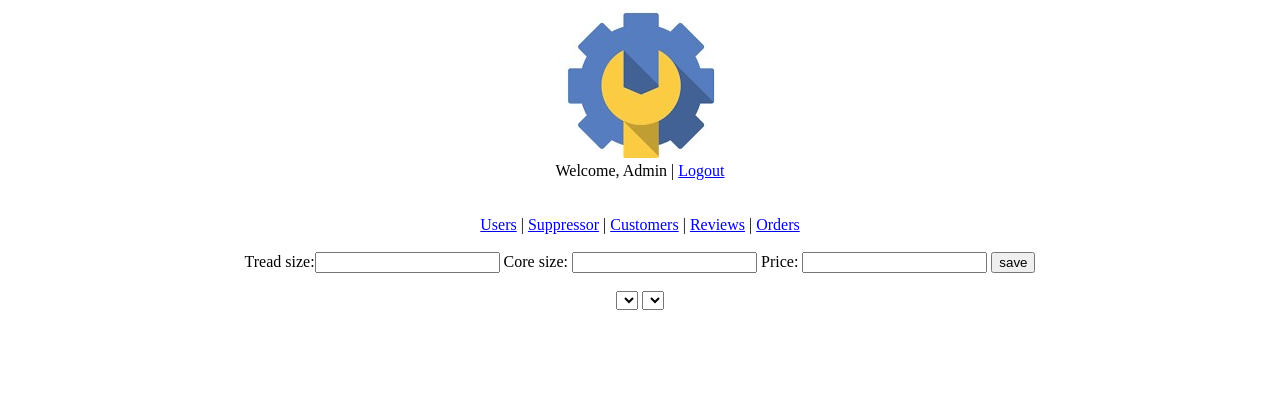
Repository: RezaEftekharzadeh/frey
Page: http://localhost/SilencerStoreProject/admin/silencer_form.jsp
The author's editor kept a copy of each file at every save. The page is drawn from the files as they stood at one save, then again after the next save.
The browser window is 1280 px wide. The pictures show the whole page.
The page is served by Tomcat 9. Nobody is signed in. The application's start-up code is not run. Other server files are loaded and not shown.

Above is the page before, as saved 2020-08-06 16:32:50.

### SilencerStoreProject/WebContent/admin/silencer_form.jsp
<%@ page language="java" contentType="text/html; charset=ISO-8859-1"
    pageEncoding="ISO-8859-1"%>
<!DOCTYPE html>
<html>
<head>
<meta charset="ISO-8859-1">
<title>Insert title here</title>
</head>
<body>
<jsp:include page="header.jsp" />
&nbsp;&nbsp;&nbsp;&nbsp;&nbsp;&nbsp;
	<div align="center">
		<form action="create_silencer" method="post">

			Tread size:<input type="text" name="tread">
			Core size: <input type="text" name="core">
			Price: <input type="text" name="price">
			<input type="submit" value="save">

			<br/><br/>

			<select>
				<option value>

			</select>

			<select>
				<option value>

			</select>

		</form>
	</div>

</body>
</html>

### SilencerStoreProject/WebContent/admin/header.jsp
<div align="center">

	<div >
		 <img src="../images/admin-page.jpg">
	</div>

	<div >
	  Welcome, Admin | <a href="logout">Logout</a>
	</div>
	<br><br>

	<div>
		<a href="list_users">Users</a> |
		<a href="suppressor">Suppressor</a> |
		<a href="customers">Customers</a> |
		<a href="reviews">Reviews</a> |
		<a href="orders">Orders</a>
	</div>
</div>

After the next save:
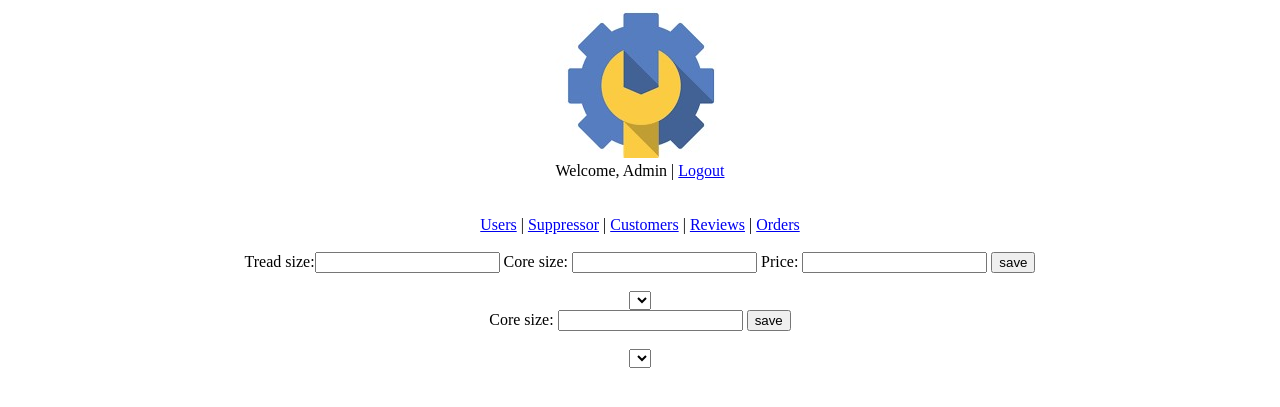
Saved 15 h 6 min later.
--- a/SilencerStoreProject/WebContent/admin/silencer_form.jsp
+++ b/SilencerStoreProject/WebContent/admin/silencer_form.jsp
@@ -10,7 +10,7 @@
 <jsp:include page="header.jsp" />
 &nbsp;&nbsp;&nbsp;&nbsp;&nbsp;&nbsp;
 	<div align="center">
-		<form action="create_silencer" method="post">
+		<form action="create_silencer_tread" method="post">
 
 			Tread size:<input type="text" name="tread">
 			Core size: <input type="text" name="core">
@@ -24,10 +24,24 @@
 
 			</select>
 
+
+
+		</form>
+		<form action="create_silencer_core" method="post">
+
+
+			Core size: <input type="text" name="core">
+
+			<input type="submit" value="save">
+
+			<br/><br/>
+
 			<select>
 				<option value>
 
 			</select>
+
+
 
 		</form>
 	</div>
